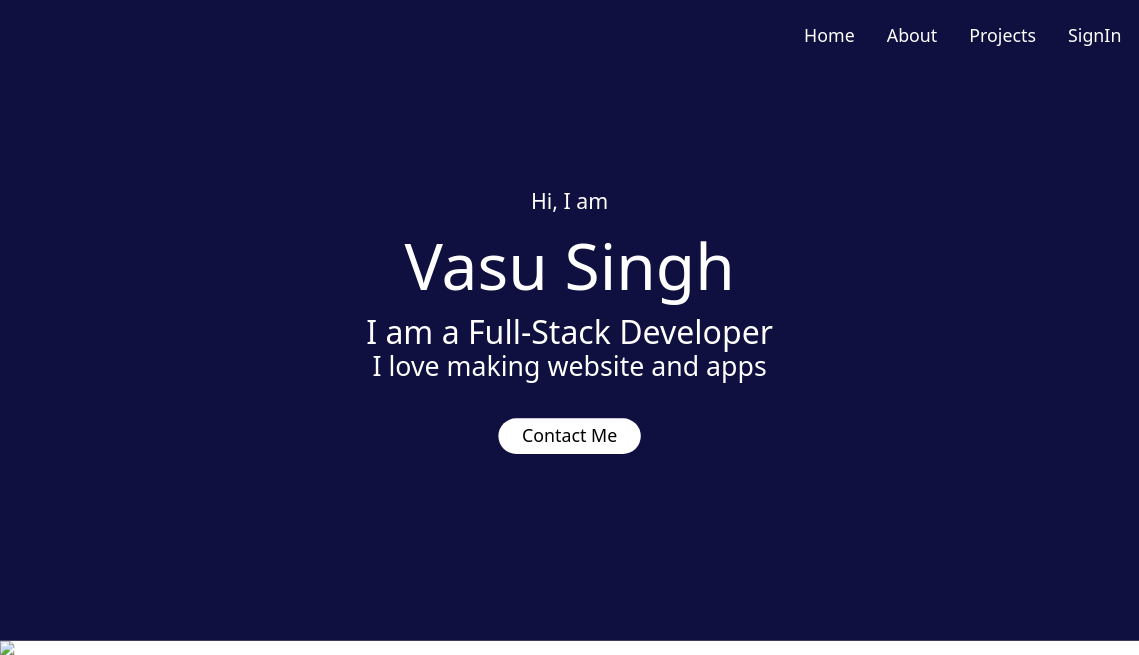
Repository: vasucp1207/vasuDev
Page: /
The author's editor kept a copy of each file at every save. The page is drawn from the files as they stood at one save, then again after the next save.
The browser window is 1280 px wide. The pictures show the whole page, at 89% of full size.
The project was rebuilt for these pictures with package versions that can differ from the ones it lists, and the page was loaded fresh each time. The framework's server and built-in components were replaced by stand-ins that run in the browser. Also part of the build but not shown: next.config.js.

Above is the page before, as saved 2022-07-17 23:42:38.

After the next save:
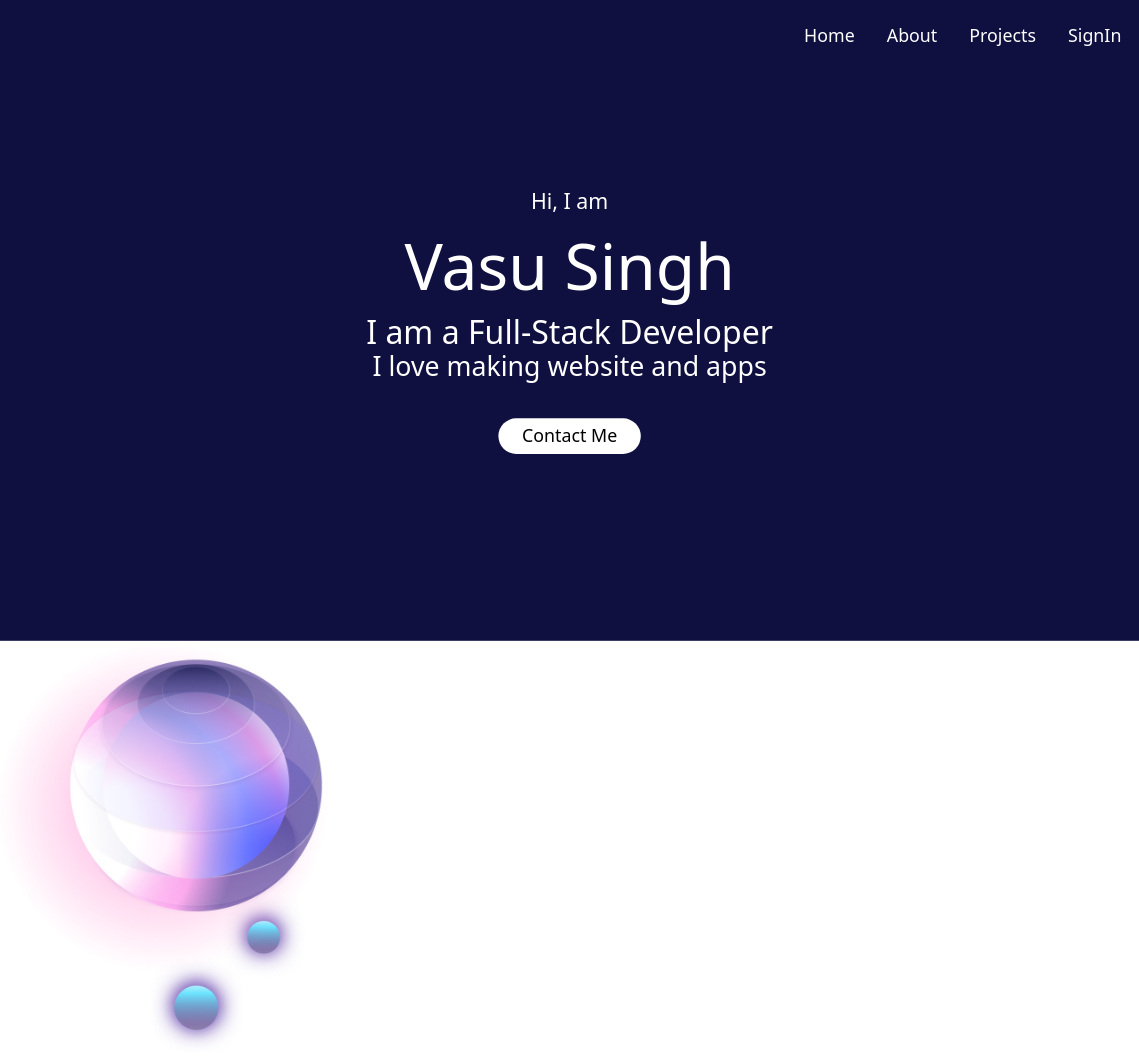
Saved 7 s later.
--- a/pages/Hero.tsx
+++ b/pages/Hero.tsx
@@ -11,7 +11,7 @@ function Hero() {
             <button className='hover:text-white transition-all 200 hover:bg-green-400 mt-10 bg-white text-black h-10 w-40 outline-none rounded-full text-xl'>Contact Me</button>
         </div>
 
-        <img src='./' />
+        <img src='../public/top.png' />
     </div>
   )
 }
